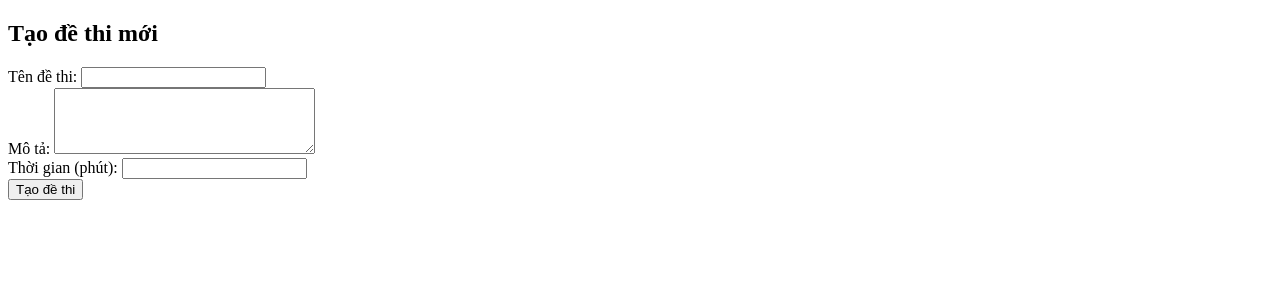
Repository: Thanh-Tr/Test-Online
Page: http://localhost/OnlineExame/taodethi.jsp
An editor plug-in stored every save of this project. The page is shown before and after the next save, followed by the edit.
The browser window is 1280 px wide. The pictures show the whole page.
The page is served by Tomcat 10.

Above is the page before, as saved 2025-05-04 17:02:37.

After the next save:
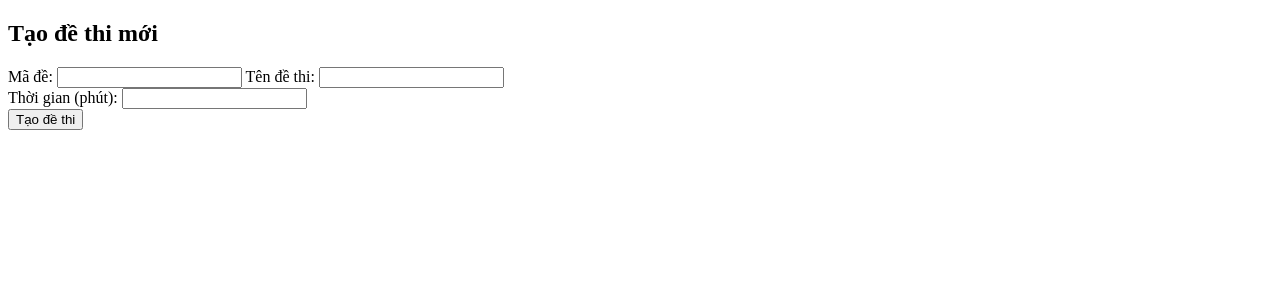
Saved 76 s later.
--- a/OnlineExame/src/main/webapp/taodethi.jsp
+++ b/OnlineExame/src/main/webapp/taodethi.jsp
@@ -9,8 +9,8 @@
 <body>
     <h2>Tạo đề thi mới</h2>
     <form action="taodethi" method="post">
-        Tên đề thi: <input type="text" name="tenDeThi" required><br>
-        Mô tả: <textarea name="moTa" rows="4" cols="30"></textarea><br>
+    	Mã đề: <input type="text" name="madt" required>
+        Tên đề thi: <input type="text" name="tendt" required><br>
         Thời gian (phút): <input type="number" name="thoiGian" required><br>
         <input type="submit" value="Tạo đề thi">
     </form>
